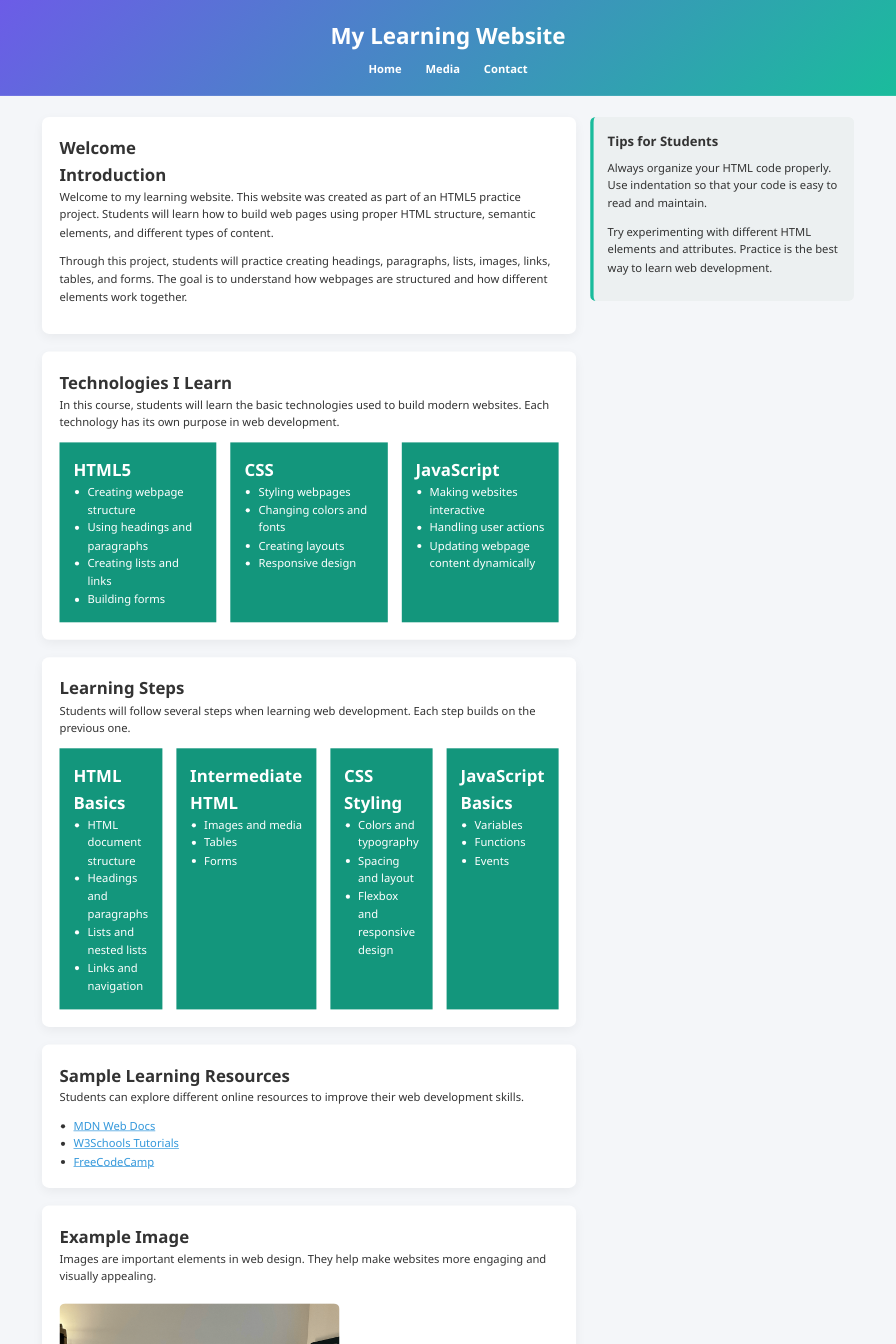
Repository: Than-sothearak/web_client_programing
Page: Week_03/index.html
An editor plug-in stored every save of this project. The page is shown before and after a run of saves, followed by the edit.
The browser window is 1280 px wide. The pictures show the part of the page from y = 0 to 1920 px (the page is 2722 px tall before and 2504 px after), at 70% of full size.

Above is the page before, as saved 2026-03-24 21:58:28.

### Week_03/index.html
<!doctype html>
<html lang="en">
  <head>
    <meta charset="UTF-8" />
    <meta name="viewport" content="width=device-width, initial-scale=1.0" />
    <title>Week 3</title>
    <link rel="stylesheet" href="styles.css" />
  </head>
  <body>
    <header>
      <h1>My Learning Website</h1>

      <nav>
        <ul>
          <li><a href="index.html">Home</a></li>
          <li><a href="gallery.html">Media</a></li>
          <li><a href="contact.html">Contact</a></li>
        </ul>
      </nav>
    </header>

    <main>
      <div>
        <section>
          <h2>Welcome</h2>

          <article>
            <h2>Introduction</h2>
            <p>
              Welcome to my learning website. This website was created as part
              of an HTML5 practice project. Students will learn how to build web
              pages using proper HTML structure, semantic elements, and
              different types of content.
            </p>

            <p>
              Through this project, students will practice creating headings,
              paragraphs, lists, images, links, tables, and forms. The goal is
              to understand how webpages are structured and how different
              elements work together.
            </p>
          </article>
        </section>

        <section>
          <h2>Technologies I Learn</h2>

          <p>
            In this course, students will learn the basic technologies used to
            build modern websites. Each technology has its own purpose in web
            development.
          </p>

          <ul class="card-container">
            <li class="card">
              <h2>HTML5</h2>
              <ul>
                <li>Creating webpage structure</li>
                <li>Using headings and paragraphs</li>
                <li>Creating lists and links</li>
                <li>Building forms</li>
              </ul>
            </li>

            <li class="card">
              <h2>CSS</h2>
              <ul>
                <li>Styling webpages</li>
                <li>Changing colors and fonts</li>
                <li>Creating layouts</li>
                <li>Responsive design</li>
              </ul>
            </li>

            <li class="card">
              <h2>JavaScript</h2>
              <ul>
                <li>Making websites interactive</li>
                <li>Handling user actions</li>
                <li>Updating webpage content dynamically</li>
              </ul>
            </li>
          </ul>
        </section>

        <section>
          <h2>Learning Steps</h2>

          <p>
            Students will follow several steps when learning web development.
            Each step builds on the previous one.
          </p>

          <ol class="card-container">
            <li class="card">
              <h2>HTML Basics</h2>
              <ul>
                <li>HTML document structure</li>
                <li>Headings and paragraphs</li>
                <li>Lists and nested lists</li>
                <li>Links and navigation</li>
              </ul>
            </li>

            <li class="card">
              <h2>Intermediate HTML</h2>
              <ul>
                <li>Images and media</li>
                <li>Tables</li>
                <li>Forms</li>
              </ul>
            </li>

            <li class="card">
              <h2>CSS Styling</h2>
              <ul>
                <li>Colors and typography</li>
                <li>Spacing and layout</li>
                <li>Flexbox and responsive design</li>
              </ul>
            </li>

            <li class="card">
              <h2>JavaScript Basics</h2>
              <ul>
                <li>Variables</li>
                <li>Functions</li>
                <li>Events</li>
              </ul>
            </li>
          </ol>
        </section>

        <section>
          <h2>Sample Learning Resources</h2>

          <p>
            Students can explore different online resources to improve their web
            development skills.
          </p>

          <ul>
            <li>
              <a href="https://developer.mozilla.org" target="_blank">
                MDN Web Docs
              </a>
            </li>

            <li>
              <a href="https://www.w3schools.com" target="_blank">
                W3Schools Tutorials
              </a>
            </li>

            <li>
              <a href="https://www.freecodecamp.org" target="_blank">
                FreeCodeCamp
              </a>
            </li>
          </ul>
        </section>

        <section>
          <h2>Example Image</h2>

          <p>
            Images are important elements in web design. They help make websites
            more engaging and visually appealing.
          </p>

          <img src="../images/computer.png" alt="Computer setup" width="400" />
        </section>

        <section>
          <h2>Example Table</h2>

          <p>
            Tables are useful for displaying structured information such as
            schedules, scores, or product lists.
          </p>

          <table>
            <tr>
              <th>Topic</th>
              <th>Description</th>
              <th>Difficulty</th>
            </tr>

            <tr>
              <td>HTML</td>
              <td>Structure of webpages</td>
              <td>Beginner</td>
            </tr>

            <tr>
              <td>CSS</td>
              <td>Styling webpages</td>
              <td>Beginner</td>
            </tr>

            <tr>
              <td>JavaScript</td>
              <td>Web interactivity</td>
              <td>Intermediate</td>
            </tr>
          </table>
        </section>
      </div>
      <aside>
        <h3>Tips for Students</h3>

        <p>
          Always organize your HTML code properly. Use indentation so that your
          code is easy to read and maintain.
        </p>

        <p>
          Try experimenting with different HTML elements and attributes.
          Practice is the best way to learn web development.
        </p>
      </aside>
    </main>
    <footer>
      <p>© 2026 Student Learning Website</p>
    </footer>
  </body>
</html>

### Week_03/styles.css
/* Reset basic spacing */

/* Reset */

* {
  margin: 0;
  padding: 0;
  box-sizing: border-box;
}

/* Body */

body {
  font-family: "Segoe UI", Arial, sans-serif;
  background: #f4f6f9;
  color: #333;
  line-height: 1.6;
}


/* Header */

header {
  background: linear-gradient(135deg, #6c5ce7, #1abc9c);
  color: white;
  padding: 25px 20px;
  text-align: center;
}

/* Navigation */

nav ul {
  list-style: none;
  margin-top: 10px;
}

nav ul li {
  display: inline-block;
  margin: 0 15px;
}

nav a {
  color: white;
  text-decoration: none;
  font-weight: 600;
  transition: 0.3s;
}

nav a:hover {
  color: #1abc9c;
}

/* Main container */

main {
  display: flex;
   max-width: 1200px;
   gap: 20px;
  margin: auto;
  padding: 30px 20px;
}


/* Section cards */

section {
  background: white;
  padding: 25px;
  margin-bottom: 25px;
  border-radius: 10px;
  box-shadow: 0 5px 15px rgba(0, 0, 0, 0.05);
}

/* Headings */

h1 {
  font-size: 32px;
  margin-bottom: 10px;
}

h3 {
  margin-bottom: 10px;
}

/* Paragraph */

p {
  margin-bottom: 15px;
}

/* Lists */

.card-container {
  display: flex;
  gap: 20px;
  list-style: none;
}

.card-container li {
  margin-left: 0px;
}

.card {
  padding: 20px;
  color: white;
  width: 100%;
  background-color: #13967c;
}
.card li {
  margin-left: 20px;
}

li {
  margin-left: 20px;
  list-style: disc;
}

/* Links */

a {
  color: #3498db;
}

a:hover {
  text-decoration: underline;
}

/* Image styling */

img {
  max-width: 100%;
  height: auto;
  border-radius: 8px;
  margin-top: 10px;
}

/* Table */

table {
  width: 100%;
  border-collapse: collapse;
  margin-top: 10px;
}

th,
td {
  padding: 12px;
  text-align: left;
  border-bottom: 1px solid #ddd;
}

th {
  background: #1abc9c;
  color: white;
}

tr:hover {
  background: #f1f1f1;
}

/* Aside */

aside {
  background: #ecf0f1;
  height: 100%;
  padding: 20px;
  border-left: 5px solid #1abc9c;
  border-radius: 8px;
  margin-bottom: 25px;
}

/* Footer */

footer {
  text-align: center;
  background: #1abc9c;
  color: white;
  padding: 15px;
  margin-top: 20px;
}

/* Responsive Design */

@media (max-width: 768px) {
  nav ul li {
    display: block;
    margin: 10px 0;
  }

  main {
    padding: 20px 15px;
  }

  h1 {
    font-size: 26px;
  }
}

.images-gallery {
  width: 100%;
  display: flex;
  flex-wrap: wrap;
  gap: 20px;
}

.images-gallery figure {
  flex: 1 1 calc(50% - 20px);
}

.images-gallery img {
  width: 100%;
  height: auto;
}

figcaption {
  margin-top: 8px;
  font-size: 14px;
  color: #555;
}

@media (max-width: 768px) {
  .images-gallery {
    flex-direction: column;
    align-items: center;
  }
}

After the next 2 saves:
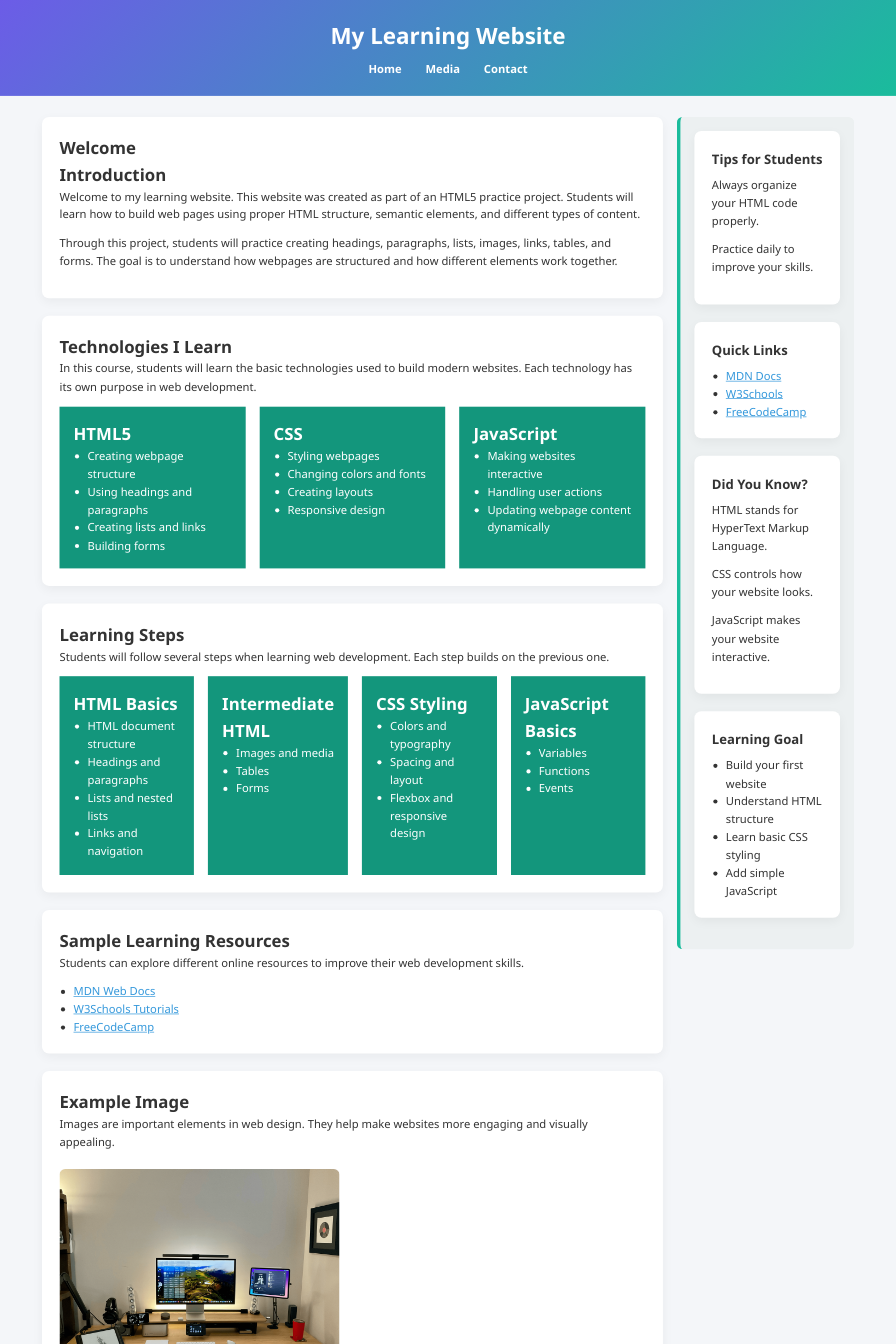
The 2 saves are shown as one change because they came seconds apart.
The last was saved 2 min 35 s later.
--- a/Week_03/index.html
+++ b/Week_03/index.html
@@ -207,17 +207,47 @@
         </section>
       </div>
       <aside>
-        <h3>Tips for Students</h3>
-
-        <p>
-          Always organize your HTML code properly. Use indentation so that your
-          code is easy to read and maintain.
-        </p>
-
-        <p>
-          Try experimenting with different HTML elements and attributes.
-          Practice is the best way to learn web development.
-        </p>
+        <section>
+          <h3>Tips for Students</h3>
+          <p>Always organize your HTML code properly.</p>
+          <p>Practice daily to improve your skills.</p>
+        </section>
+
+        <section>
+          <h3>Quick Links</h3>
+          <ul>
+            <li>
+              <a href="https://developer.mozilla.org" target="_blank"
+                >MDN Docs</a
+              >
+            </li>
+            <li>
+              <a href="https://www.w3schools.com" target="_blank">W3Schools</a>
+            </li>
+            <li>
+              <a href="https://www.freecodecamp.org" target="_blank"
+                >FreeCodeCamp</a
+              >
+            </li>
+          </ul>
+        </section>
+
+        <section>
+          <h3>Did You Know?</h3>
+          <p>HTML stands for HyperText Markup Language.</p>
+          <p>CSS controls how your website looks.</p>
+          <p>JavaScript makes your website interactive.</p>
+        </section>
+
+        <section>
+          <h3>Learning Goal</h3>
+          <ul>
+            <li>Build your first website</li>
+            <li>Understand HTML structure</li>
+            <li>Learn basic CSS styling</li>
+            <li>Add simple JavaScript</li>
+          </ul>
+        </section>
       </aside>
     </main>
     <footer>

After the save that followed:
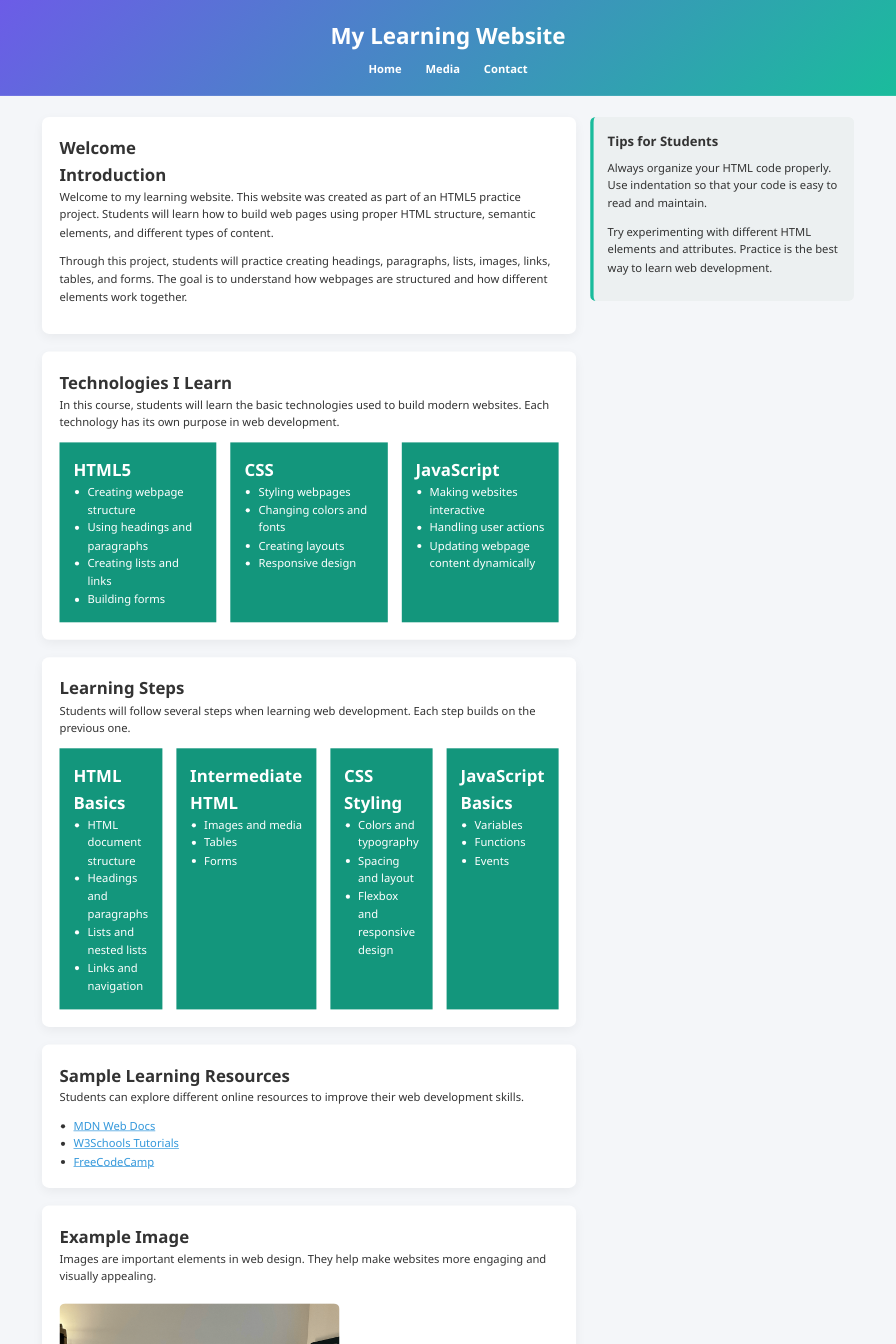
Saved 30 s later.
--- a/Week_03/index.html
+++ b/Week_03/index.html
@@ -207,47 +207,17 @@
         </section>
       </div>
       <aside>
-        <section>
-          <h3>Tips for Students</h3>
-          <p>Always organize your HTML code properly.</p>
-          <p>Practice daily to improve your skills.</p>
-        </section>
-
-        <section>
-          <h3>Quick Links</h3>
-          <ul>
-            <li>
-              <a href="https://developer.mozilla.org" target="_blank"
-                >MDN Docs</a
-              >
-            </li>
-            <li>
-              <a href="https://www.w3schools.com" target="_blank">W3Schools</a>
-            </li>
-            <li>
-              <a href="https://www.freecodecamp.org" target="_blank"
-                >FreeCodeCamp</a
-              >
-            </li>
-          </ul>
-        </section>
-
-        <section>
-          <h3>Did You Know?</h3>
-          <p>HTML stands for HyperText Markup Language.</p>
-          <p>CSS controls how your website looks.</p>
-          <p>JavaScript makes your website interactive.</p>
-        </section>
-
-        <section>
-          <h3>Learning Goal</h3>
-          <ul>
-            <li>Build your first website</li>
-            <li>Understand HTML structure</li>
-            <li>Learn basic CSS styling</li>
-            <li>Add simple JavaScript</li>
-          </ul>
-        </section>
+        <h3>Tips for Students</h3>
+
+        <p>
+          Always organize your HTML code properly. Use indentation so that your
+          code is easy to read and maintain.
+        </p>
+
+        <p>
+          Try experimenting with different HTML elements and attributes.
+          Practice is the best way to learn web development.
+        </p>
       </aside>
     </main>
     <footer>
